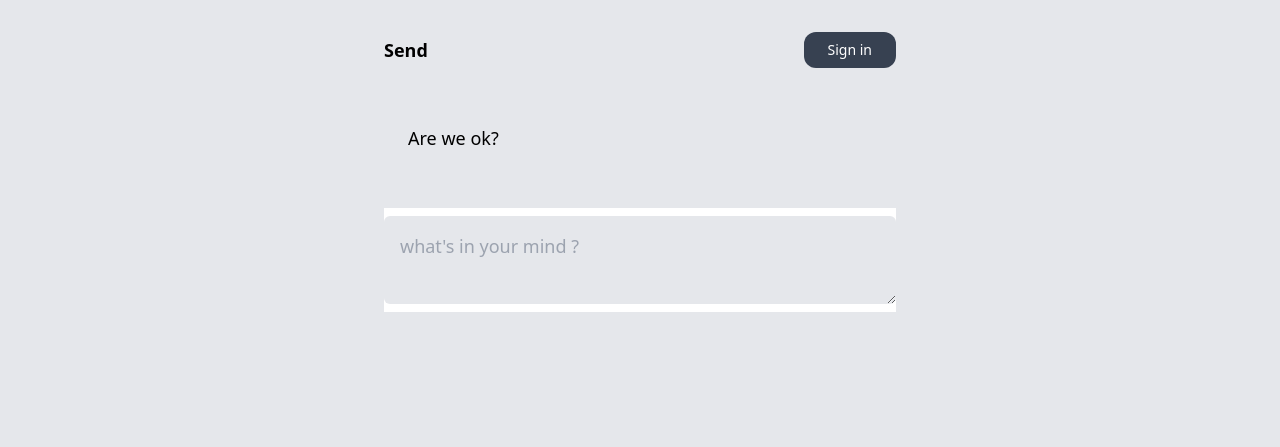
Repository: fatemesoleymanian/react
Page: / (app in next--experimental/postit/)
An editor plug-in stored every save of this project. The page is shown before and after the next save, followed by the edit.
The browser window is 1280 px wide. The pictures show the whole page.
The page's requests for data from a server got no answer. The project was rebuilt for these pictures with package versions that can differ from the ones it lists, and the page was loaded fresh each time. The framework's server and built-in components were replaced by stand-ins that run in the browser. No one was signed in, and anything a server would have sent is missing. Also part of the build but not shown: next--experimental/postit/next.config.js, next--experimental/postit/app/components/auth/Logged.tsx.

Above is the page before, as saved 2023-02-26 15:52:10.

### next--experimental/postit/app/layout.jsx
// change this page postfix to .jsx because it fixs the importing Nav component tha was asyn

import Nav from './components/auth/Nav'
import './globals.css'
import {Roboto} from 'next/font/google';

const roboto = Roboto({
  subsets : ['latin'],
  weight : ["400" , "700"],
  variable : "--font-roboto",
})

export const metadata = {
  title: 'Full stack app',
  description: 'Developed by Honeloper',
}

export default function RootLayout({
  children,
}) {
  return (
    <html lang="en">
      <body className={`mx-4 md:mx-48 xl:mx-96 ${roboto.variable} bg-gray-200`}>
        <Nav />
        {children}
        </body>
    </html>
  )
}

### next--experimental/postit/app/page.tsx
'use client';
import AddPost from "./components/AddPost";

export default function Home() {
  return (
    <main>
      <h1 className="text-lg p-6">Are we ok?</h1>
      <AddPost />
    </main>
  )
}

### next--experimental/postit/app/components/auth/Nav.tsx
import Link from "next/link";
import Login from "./Login";
import { getServerSession } from "next-auth/next";
import { authOptions } from "../../../pages/api/auth/[...nextauth]";
import Logged from "./Logged";

export default async function Nav(){
const session = await getServerSession(authOptions);
console.log(session)

    return(
        <nav className="flex justify-between items-center py-8 ">
            <Link href={'/'}>
                <h1 className="font-bold text-lg">Send</h1>
            </Link>
            <ul className="flex items-center gap-6">
                {!session?.user && <Login />}
                {session?.user && <div><h6>Hi {session.user.name}! </h6><Logged image={session.user?.image || ""} /> </div>}
            </ul>
        </nav>
    )
}

### next--experimental/postit/app/globals.css
@tailwind base;
@tailwind components;
@tailwind utilities;

:root {
  --max-width: 1100px;
  --border-radius: 12px;
  --font-mono: ui-monospace, Menlo, Monaco, 'Cascadia Mono', 'Segoe UI Mono',
    'Roboto Mono', 'Oxygen Mono', 'Ubuntu Monospace', 'Source Code Pro',
    'Fira Mono', 'Droid Sans Mono', 'Courier New', monospace;

  --foreground-rgb: 0, 0, 0;
  --background-start-rgb: 214, 219, 220;
  --background-end-rgb: 255, 255, 255;

  --primary-glow: conic-gradient(
    from 180deg at 50% 50%,
    #16abff33 0deg,
    #0885ff33 55deg,
    #54d6ff33 120deg,
    #0071ff33 160deg,
    transparent 360deg
  );
  --secondary-glow: radial-gradient(
    rgba(255, 255, 255, 1),
    rgba(255, 255, 255, 0)
  );

  --tile-start-rgb: 239, 245, 249;
  --tile-end-rgb: 228, 232, 233;
  --tile-border: conic-gradient(
    #00000080,
    #00000040,
    #00000030,
    #00000020,
    #00000010,
    #00000010,
    #00000080
  );

  --callout-rgb: 238, 240, 241;
  --callout-border-rgb: 172, 175, 176;
  --card-rgb: 180, 185, 188;
  --card-border-rgb: 131, 134, 135;
}

@media (prefers-color-scheme: dark) {
  :root {
    --foreground-rgb: 255, 255, 255;
    --background-start-rgb: 0, 0, 0;
    --background-end-rgb: 0, 0, 0;

    --primary-glow: radial-gradient(rgba(1, 65, 255, 0.4), rgba(1, 65, 255, 0));
    --secondary-glow: linear-gradient(
      to bottom right,
      rgba(1, 65, 255, 0),
      rgba(1, 65, 255, 0),
      rgba(1, 65, 255, 0.3)
    );

    --tile-start-rgb: 2, 13, 46;
    --tile-end-rgb: 2, 5, 19;
    --tile-border: conic-gradient(
      #ffffff80,
      #ffffff40,
      #ffffff30,
      #ffffff20,
      #ffffff10,
      #ffffff10,
      #ffffff80
    );

    --callout-rgb: 20, 20, 20;
    --callout-border-rgb: 108, 108, 108;
    --card-rgb: 100, 100, 100;
    --card-border-rgb: 200, 200, 200;
  }
}

* {
  box-sizing: border-box;
  padding: 0;
  margin: 0;
}

html,
body {
  max-width: 100vw;
  overflow-x: hidden;
}

body {
  color: black;
}

a {
  color: inherit;
  text-decoration: none;
}

@media (prefers-color-scheme: dark) {

}

### next--experimental/postit/app/components/AddPost.tsx
'use client';

import { useState } from "react";

export default function AddPost(){
    const [title , setTitle] = useState('');

    return(
        <form className="bg-white my-8">
            <div className="flex flex-col my-4">
                <textarea name="title " id="title"
                value={title}
                onChange={(e)=> setTitle(e.target.value) }
                placeholder="what's in your mind ? "
                className="p-4 text-lg rounded-md my-2 bg-gray-200">
                </textarea>
            </div>
        </form>
    )
}

### next--experimental/postit/app/components/auth/Login.tsx
'use client';

import { signIn } from "next-auth/react";

export default function Login(){
    return(
        <li className="list-none">
            <button className="text-sm bg-gray-700 text-white py-2 px-6 rounded-xl disabled:opacity-25"
             onClick={()=> signIn()}>Sign in</button>
        </li>
    )
}

### next--experimental/postit/pages/api/auth/[...nextauth].js
import NextAuth from "next-auth"
import GoogleProvider from "next-auth/providers/google"
import { PrismaAdapter } from "@next-auth/prisma-adapter"
import prisma from "../../../prisma/client"

export const authOptions = {
    adapter: PrismaAdapter(prisma),
    providers: [
      GoogleProvider({
        clientId: process.env.GOOGLE_CLIENT_ID,
        clientSecret: process.env.GOOGLE_CLIENT_SECRET,
      }),
    ],
  }

  export default NextAuth(authOptions)

### next--experimental/postit/prisma/client.ts
import { PrismaClient } from '@prisma/client';

const client = globalThis.prisma || new PrismaClient()
if(process.env.NODE_ENV !== "production") globalThis.prisma = client

export default client

### next--experimental/postit/tailwind.config.js
/** @type {import('tailwindcss').Config} */
module.exports = {
  content: [
    "./app/**/*.{js,ts,jsx,tsx}",
    "./pages/**/*.{js,ts,jsx,tsx}",
    "./components/**/*.{js,ts,jsx,tsx}",
  ],
  theme: {
    extend: {
      fontFamily:{
        roboto:["var(--font-roboto)"]
      },
    },
  },
  plugins: [],
}

After the next save:
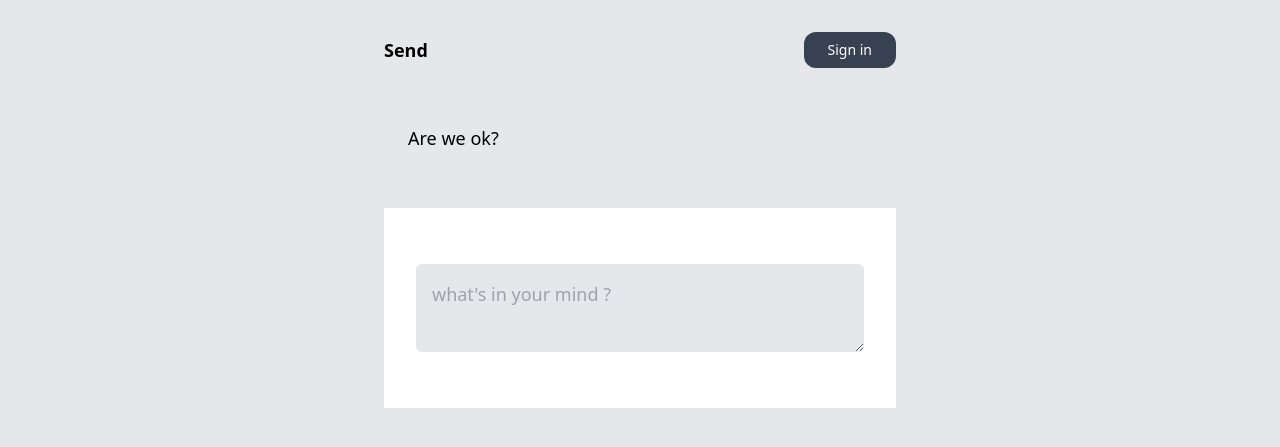
Saved 10 s later.
--- a/next--experimental/postit/app/components/AddPost.tsx
+++ b/next--experimental/postit/app/components/AddPost.tsx
@@ -6,7 +6,7 @@ export default function AddPost(){
     const [title , setTitle] = useState('');
 
     return(
-        <form className="bg-white my-8">
+        <form className="bg-white my-8 p-8">
             <div className="flex flex-col my-4">
                 <textarea name="title " id="title"
                 value={title}
